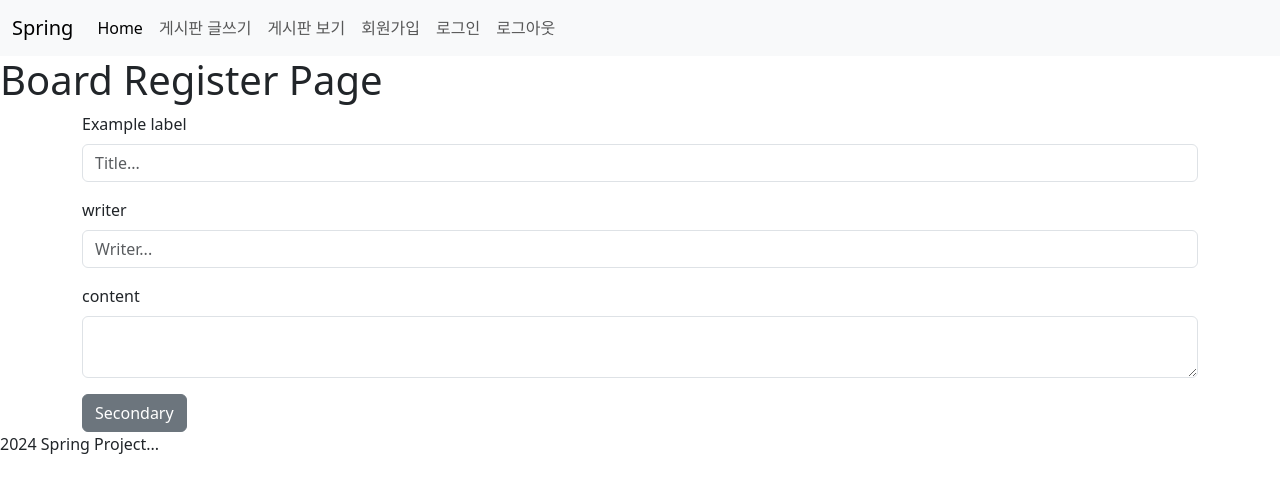
Repository: leechanggyu1118/Spring
Page: http://localhost/spring_study/WEB-INF/views/board/register.jsp
These files come from the project's save history. The page is drawn as it stood at one moment and after the next save; the edit follows.
The browser window is 1280 px wide. The pictures show the whole page.
The page is served by Tomcat 9. Nobody is signed in. The template is opened directly, without the code that normally fills it, so the values that code supplies are empty.

Above is the page before, as saved 2024-04-24 01:25:28.

After the next save:
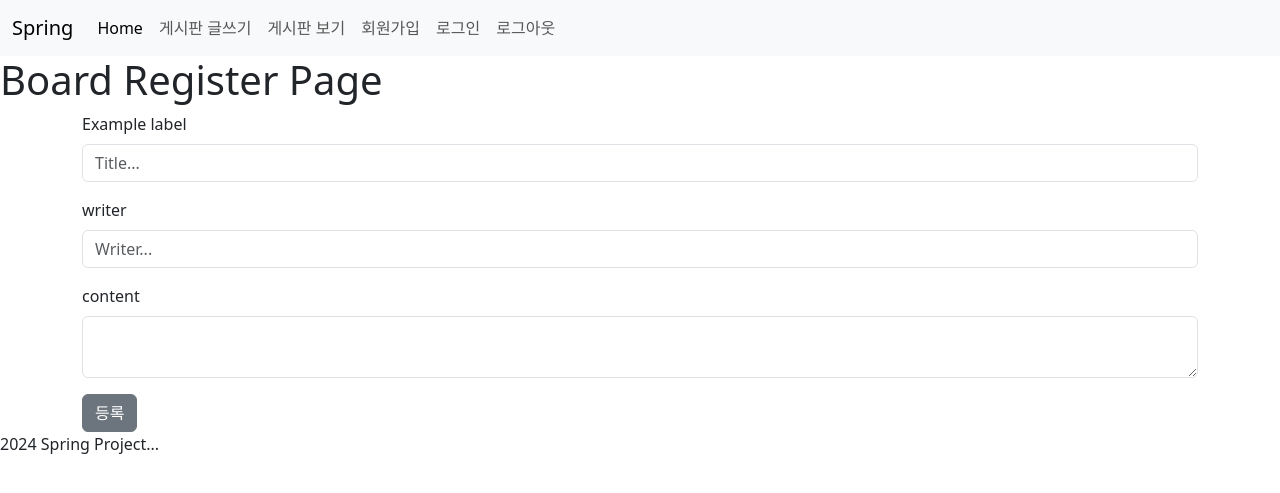
Saved 57 s later.
--- a/spring_study/src/main/webapp/WEB-INF/views/board/register.jsp
+++ b/spring_study/src/main/webapp/WEB-INF/views/board/register.jsp
@@ -1,13 +1,7 @@
 <%@ page language="java" contentType="text/html; charset=UTF-8"
 	pageEncoding="UTF-8"%>
 	<jsp:include page="../layout/header.jsp"></jsp:include>
-<!DOCTYPE html>
-<html>
-<head>
-<meta charset="UTF-8">
-<title>Insert title here</title>
-</head>
-<body>
+
 	<h1>Board Register Page</h1>
 	<div class="container-md">
 		<form action="">
@@ -27,11 +21,8 @@
 				<textarea class="form-control" id="c" name="content" aria-label="With textarea"></textarea>
 			</div>
 
-			<button type="submit" class="btn btn-secondary">Secondary</button>
+			<button type="submit" class="btn btn-secondary">등록</button>
 		</form>
 	</div>
 
 		<jsp:include page="../layout/footer.jsp"></jsp:include>
-
-</body>
-</html>
